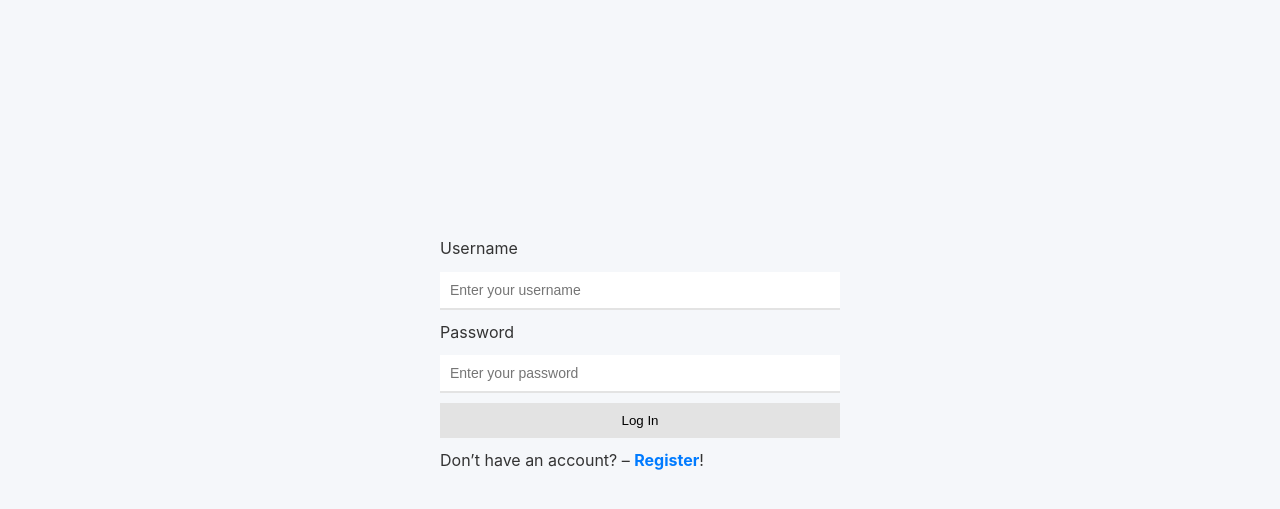
Repository: ArturSahakyan124/catalog_2
Page: http://localhost/views/auth/login.php
The author's editor kept a copy of each file at every save. The page is drawn from the files as they stood at one save, then again after the next save.
The browser window is 1280 px wide. The pictures show the whole page.
The page is run by PHP 8.4 with error messages shown; the project is at /var/www/html/.

Above is the page before, as saved 2025-11-14 00:07:21.

After the next save:
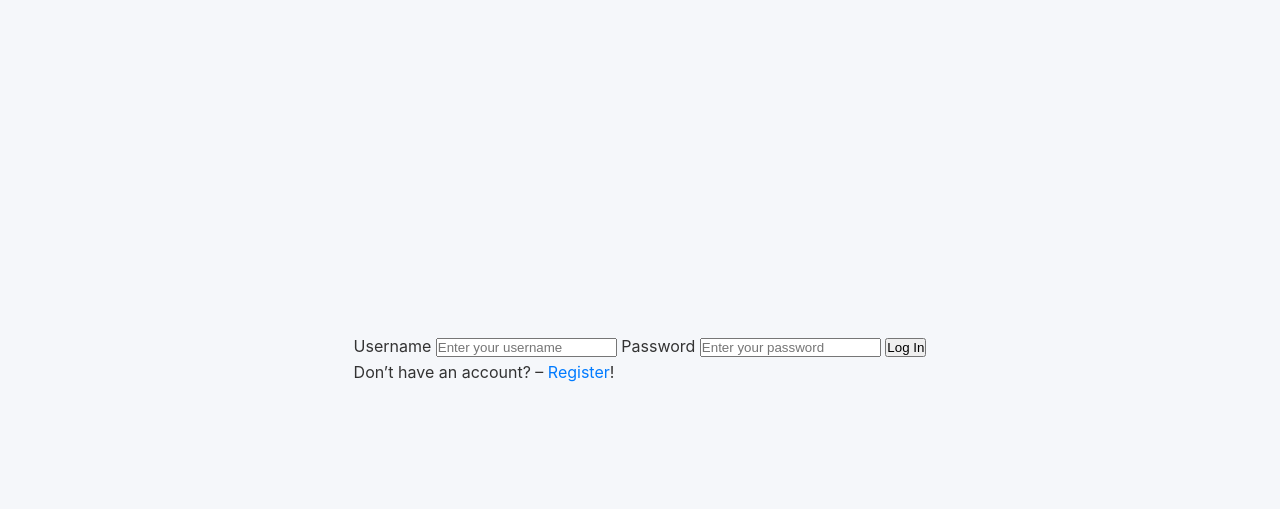
Saved 102 min 4 s later.
--- a/assets/css/auth.css
+++ b/assets/css/auth.css
@@ -7,45 +7,3 @@ body {
   font-family: Montserrat, sans-serif;
   background-color: #fff;
 }
-
-form {
-  display: flex;
-  flex-direction: column;
-  width: 400px;
-}
-
-input {
-  margin: 10px 0;
-  padding: 10px;
-  border: none;
-  border-bottom: 2px solid #e3e3e3;
-  outline: none;
-  font-size: 14px;
-}
-
-input.error {
-  border-bottom: 2px solid #ff4332;
-}
-
-button {
-  padding: 10px;
-  background: #e3e3e3;
-  border: none;
-  cursor: pointer;
-  transition: background-color 0.3s;
-}
-
-button:hover {
-  background-color: #d0d0d0;
-}
-
-a {
-  color: #7c9ab7;
-  font-weight: bold;
-  text-decoration: none;
-  margin-top: 10px;
-}
-
-p {
-  margin: 10px 0;
-}
